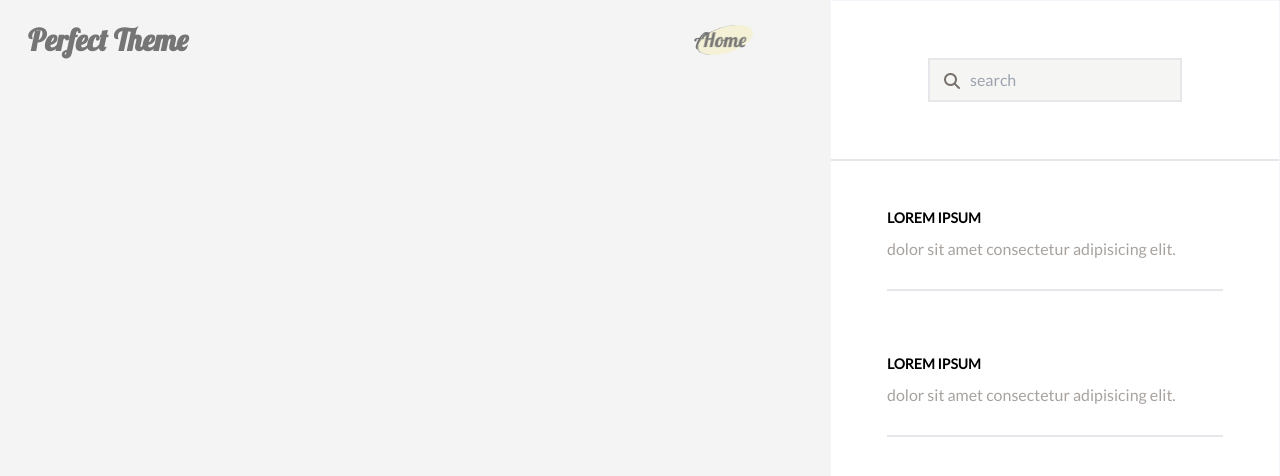
Repository: hsumyatm7308/laravel-blog
Page: blogweb/resources/views/blog/headerlayout.html
The author's editor kept a copy of each file at every save. The page is drawn from the files as they stood at one save, then again after the next save.
The browser window is 1280 px wide. The pictures show the whole page.
Some web libraries are served in a nearby version.

Above is the page before, as saved 2023-09-04 19:20:18.

### blogweb/resources/views/blog/headerlayout.html
<!DOCTYPE html>
<html>

<head>
    <title>@yield('title')</title>
    <script src="https://cdn.tailwindcss.com"></script>
    <link rel="stylesheet" href="https://cdnjs.cloudflare.com/ajax/libs/font-awesome/6.4.2/css/all.min.css">

</head>
<style>
    /* for nav  */
    @import url('https://fonts.googleapis.com/css2?family=Lobster&display=swap');
    /* for body  */
    @import url('https://fonts.googleapis.com/css2?family=Lato&display=swap');


    body {
        font-family: 'Lato', sans-serif;
    }

    nav {
        font-family: 'Lobster', cursive;
    }


    .container {
        width: 80%;
        height: auto;
        /* background-color: antiquewhite; */

        display: flex;
        justify-content: center;
        align-items: center;

        position: relative;


    }

    .navlabel {
        position: relative;
        /* background-color: aqua; */
    }

    .lictn {
        position: relative;
    }

    .skewtextctn,
    .skewtextctn2 {
        width: 50px;
        height: 30px;
        border-radius: 100%;
        border-left: 1px solid black;

        position: fixed;
        top: 25px;




        transform: skew(-40deg);

    }

    .skewtextctn {
        left: 700px;
    }

    .skewtextctn2 {
        left: 800px;
    }



    .article {
        position: fixed;
        left: 1px;

        top: 1px;
        transform: skew(40deg);

    }

    .skewtextctn:hover,
    .skewtextctn2:hover {
        transition: all .5s;
        background-color: rgb(51 65 85);
    }

    .skewtextctn:hover .article,
    .skewtextctn2:hover .article {
        color: #000;
    }
</style>

<body class="bg-[#ffff]">
    <nav class="w-[100vw] flex justify-center items-center">
        <h1 class="text-3xl font-semibold">Perfect Theme</h1>

        <div class="w-[80%] h-20 flex justify-center items-center container">
            <div class="flex justify-between items-center list-none navlabel">
                <li class="p-5 mr-4 lictn">
                    <div class="bg-yellow-100 skewtextctn">
                        <a href="" class="text-xl text-black article">Home</a>
                    </div>
                </li>

                <li class="p-5 mr-4">
                    <div class=" active">
                        <a href="" class="text-xl text-black ">Article</a>
                    </div>
                </li>
            </div>


        </div>

        <div class=" menu ">
            <span class="text-xs flex justify-center items-center flex-col">
                <div class="w-10 h-[2px] bg-black"></div>
                <span class="p-1 hover:self-end hover:text-yellow-500"> menu</span>
                <div class="w-10 h-[2px] bg-black font-semibold"></div>
            </span>
        </div>
    </nav>



    <div
        class="menu-modal w-screen bg-[linear-gradient(rgba(233,233,233,.5),rgba(233,233,233,.5))] h-screen absolute left-0 top-0">
        <div class="w-[450px] h-[100vh] bg-white absolute right-0 top-0 border border-slate-100">

            <div class="w-full h-40 border-b border-b-2 flex justify-center items-center">
                <form action="" method="post" class="relative">
                    <i class="fa-solid fa-magnifying-glass text-stone-500 absolute left-4 top-[15px]"></i>
                    <input type="search"
                        class="border-2 px-8 py-2 pl-10 bg-stone-100 font-thin focus:outline-none	focus:border focus:border-amber-300 focus:ring-1 focus:ring-amber-100"
                        placeholder="search">
                </form>
            </div>


            <div>
                <div class="px-14 py-4">
                    <li class="list-none border-b-2 py-7">
                        <a href="" class="uppercase text-sm font-semibold">Lorem ipsum</a>
                        <p class="text-stone-400 mt-2">dolor sit amet consectetur adipisicing elit.</p>

                    </li>
                </div>

                <div class="px-14 py-4">
                    <li class="list-none border-b-2 py-7">
                        <a href="" class="uppercase text-sm font-semibold">Lorem ipsum</a>
                        <p class="text-stone-400 mt-2">dolor sit amet consectetur adipisicing elit.</p>

                    </li>
                </div>
            </div>

        </div>

    </div>


    <script>
        var menu = document.querySelector('.menu');
        menu.addEventListener('click', function () {

        })
    </script>
</body>

</html>

After the next save:
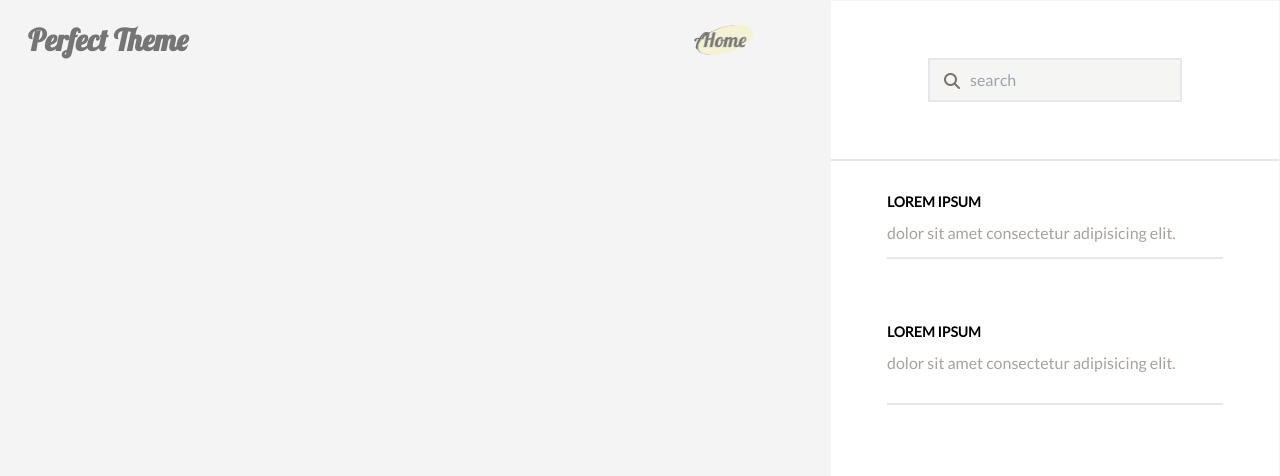
Saved 28 s later.
--- a/blogweb/resources/views/blog/headerlayout.html
+++ b/blogweb/resources/views/blog/headerlayout.html
@@ -143,7 +143,7 @@
 
             <div>
                 <div class="px-14 py-4">
-                    <li class="list-none border-b-2 py-7">
+                    <li class="list-none border-b-2 py-3">
                         <a href="" class="uppercase text-sm font-semibold">Lorem ipsum</a>
                         <p class="text-stone-400 mt-2">dolor sit amet consectetur adipisicing elit.</p>
 
